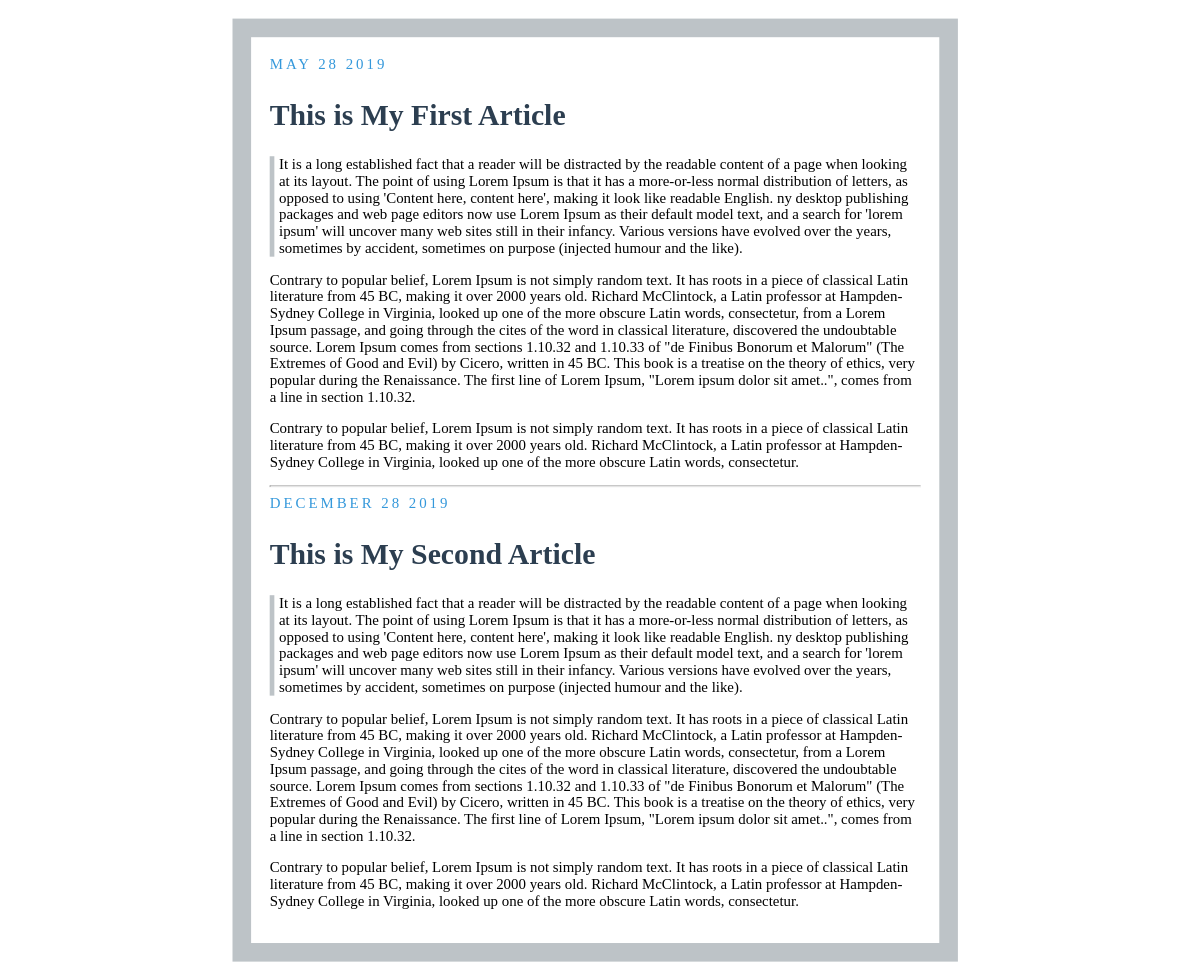
Repository: manojsatya/Web_development
Page: CSS_Blog/blog.html
An editor plug-in stored every save of this project. The page is shown before and after the next save, followed by the edit.
The browser window is 1280 px wide. The pictures show the whole page, at 93% of full size.
Some web fonts or font styles are not loaded; a fallback is used.

Above is the page before, as saved 2019-05-28 17:20:54.

After the next save:
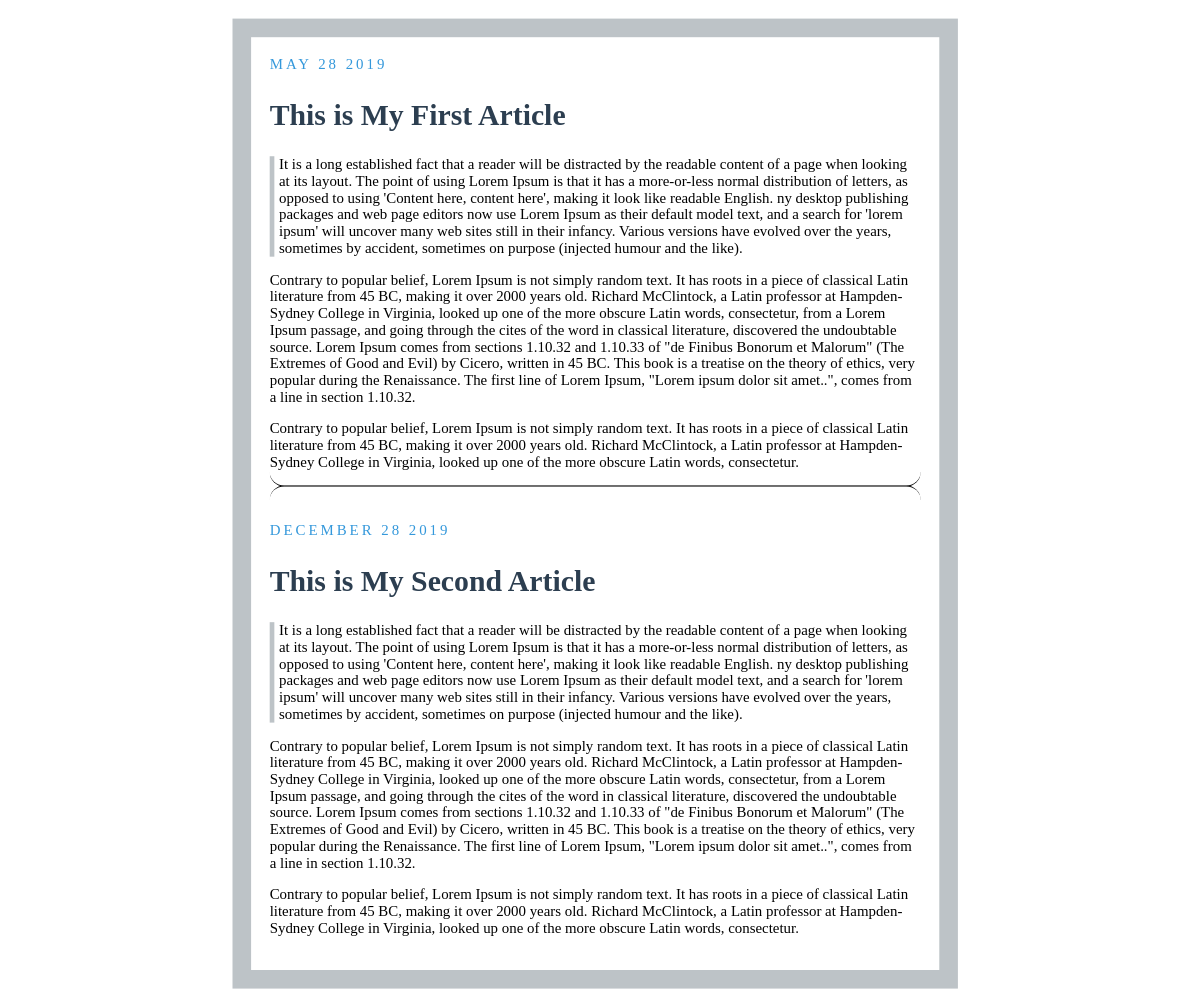
Saved 22 s later.
--- a/CSS_Blog/blog.css
+++ b/CSS_Blog/blog.css
@@ -24,7 +24,7 @@ h2{
     font-size: 2.0rem;
 }
 
-hr.style-seven {
+hr {
     overflow: visible; /* For IE */
     height: 30px;
     border-style: solid;
@@ -32,7 +32,7 @@ hr.style-seven {
     border-width: 1px 0 0 0;
     border-radius: 20px;
 }
-hr.style-seven:before { /* Not really supposed to work, but does */
+hr:before { /* Not really supposed to work, but does */
     display: block;
     content: "";
     height: 30px;
